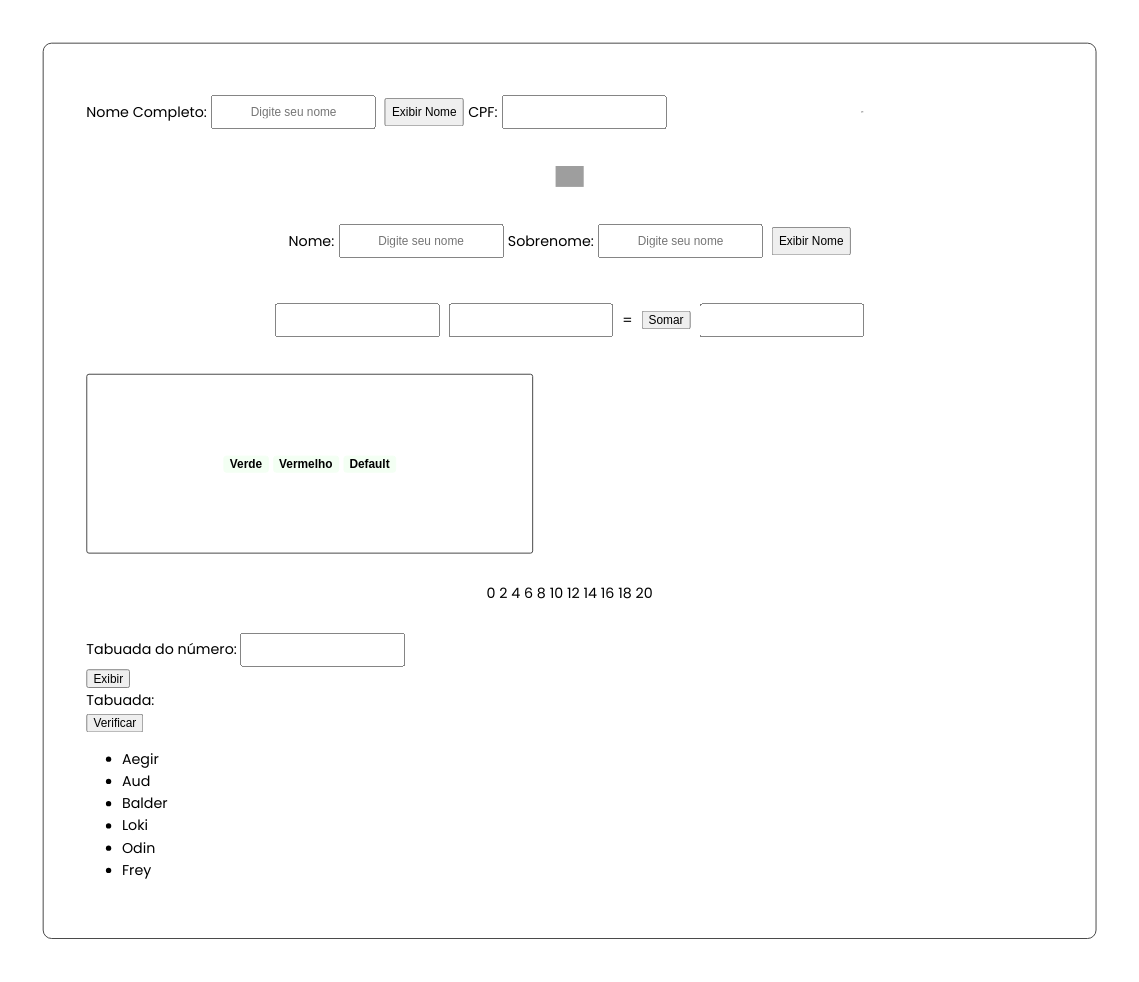
Repository: guilhermecardoso93/exerciciosjs
Page: index.html
These files come from the project's save history. The page is drawn as it stood at one moment and after the next save; the edit follows.
The browser window is 1280 px wide. The pictures show the whole page, at 89% of full size.
Pictures or frames that could not be fetched are drawn as grey boxes.

Above is the page before, as saved 2023-05-21 17:20:02.

### index.html
<!DOCTYPE html>
<html lang="pt-Br">
  <head>
    <meta charset="UTF-8" />
    <meta http-equiv="X-UA-Compatible" content="IE=edge" />
    <meta name="viewport" content="width=device-width, initial-scale=1.0" />
    <link rel="preconnect" href="https://fonts.googleapis.com" />
    <link rel="preconnect" href="https://fonts.gstatic.com" crossorigin />
    <link rel="stylesheet" href="styles.css" />
    <link
      href="https://fonts.googleapis.com/css2?family=Poppins:wght@400;500&display=swap"
      rel="stylesheet"
    />
    <title>40 - exercícios de JS</title>
  </head>
  <body>
    <div class="NameDiv">
      <p>Nome Completo:</p>
      <input type="text" name="name" id="name" placeholder="Digite seu nome" />
      <br />
      <input type="button" value="Exibir Nome" id="exibir-nome" />
      <p>CPF:</p>
      <input maxlength="14" id="cpf" />
      <hr />
    </div>
    <div>
      <img id="lamp" src="https://www.w3schools.com/js/pic_bulboff.gif" />
    </div>
    <div class="fullNameDiv">
      <p>Nome:</p>
      <input
        type="text"
        name="name-2"
        id="name-2"
        placeholder="Digite seu nome"
      />
      <p>Sobrenome:</p>
      <input
        type="text"
        name="fullname"
        id="fullname"
        placeholder="Digite seu nome"
      />
      <br />
      <input type="button" value="Exibir Nome" id="exibir-nome-convidado" />
    </div>
    <div>
      <input type="text" id="number-1" maxlength="5" /><br /><br />
      <input type="text" id="number-2" maxlength="5" /><br />
      <p>=</p>
      <br />

      <button id="buttonSoma">Somar</button><br /><br />

      <input type="text" id="result" maxlength="5" />
    </div>
    <div id="container">
      <button id="greenButton">Verde</button>
      <button id="redButton">Vermelho</button>
      <button id="defaultButton">Default</button>
    </div>

    <div id="resultado"></div>
    Tabuada do número: <input id="num" type="number" /> <br />
    <button onclick="tabuada()">Exibir</button><br />
    Tabuada: <br />
    <div id="resposta" style="display: inline"></div>
    <button onclick="verificarNumero()">Verificar</button>
    <ul id="nomes"></ul>
  </body>
  <script src="./script.js"></script>
</html>

### styles.css
body {
  font-family: "Poppins", sans-serif;
  margin: 3rem;
  border: 1px solid #333;
  border-radius: 10px;
  padding: 3rem;
}

main {
  margin: 0 auto;
  align-items: center;
  justify-content: center;
}

#lamp {
  cursor: pointer;
  cursor: hand;
  width: 2rem;
}

body input {
  height: 2rem;
  text-align: center;
}

div {
  display: flex;
  gap: 5px;
  align-items: center;
  justify-content: center;
  margin-bottom: 2rem;
}

#container {
  display: flex;
  gap: 5px;
  align-items: center;
  justify-content: center;

  width: 500px;
  height: 200px;
  border: 1px solid #333;
  border-radius: 3px;
}

#container button {
  border: 1px solid #f3fff3;
  border-radius: 3px;
  background-color: #f3fff3;
  font-weight: bold;
}


#tabuadaDiv {
  display: flex;
  flex-direction: column;
}

### script.js
function multi(numb1, number2) {
  console.log(numb1 * number2);
}

function desc(n){
  console.log((n* 0.05))
}

function age(year) {
  var data = new Date();
  var actualYear = data. getFullYear();

  const diference = actualYear - year

  if(diference <= 18 && diference >= 0) {
    return console.log('Você é menor de idade', diference)
  } else {
    return console.log('Você é maior de idade', diference)
  }
}

const divResultado = document.getElementById('resultado')

divResultado.innerHTML = 'Repetição'

divResultado.innerHTML = 'Repetição'.repeat(2);

var repeticao = '';

for (var i = 0; i < 20; i++) {
  repeticao += 'Repetição ';
}
divResultado.textContent = repeticao;

var contador = 0;
/*while (contador < 5) {
  repeticao += 'Repetição ';
  contador++;
}

divResultado.textContent = repeticao; */

do {
  repeticao += 'Repetição ';
  contador++;
} while (contador < 5);

divResultado.textContent = repeticao;

var numeros = '';

for (var i = 0; i <= 10; i++) {
  numeros += i + ' ';
}

divResultado.textContent = numeros;

var numerosPares = '';

for (var i = 0; i <= 20; i += 2) {
  numerosPares += i + ' ';
}

divResultado.textContent = numerosPares;


var tabuadaDiv = document.getElementById('tabuadaDiv');

function tabuada(){
  var num = parseInt(document.getElementById("num").value);
  var resposta = document.getElementById('resposta');
  var tabuada='';

  for(var count=1; count<=10 ; count++)
   tabuada += num+" x "+count+" = "+
               num*count+"<br />";

  resposta.innerHTML = tabuada;
}

function verificaCaracteresDota(texto) {
  var padrao = /dota/i; // 'dota' com a flag 'i' torna a busca case-insensitive
  return padrao.test(texto);
}

var texto1 = 'Dota é melhor que LOL';
console.log(verificaCaracteresDota(texto1)); // true

var texto2 = 'Lol é melhor que CS';
console.log(verificaCaracteresDota(texto2)); // false


var numeroAleatorio = Math.floor(Math.random() * 100) + 1;

function verificarNumero() {
  var numeroInserido = parseInt(prompt("Digite um número entre 1 e 100:"));

  if (numeroInserido === numeroAleatorio) {
    alert("Parabéns! Você acertou o número!");
  } else {
    alert("Infelizmente, você errou. O número correto era: " + numeroAleatorio);
  }
}

var dataAtual = new Date();
var dia = dataAtual.getDate();
var mes = dataAtual.getMonth() + 1; // Lembrando que o mês começa em 0
var ano = dataAtual.getFullYear();

var dataFormatada = dia + '/' + mes + '/' + ano;

console.log(dataFormatada);

var proximoMes = mes + 1;
if (proximoMes > 12) {
  proximoMes = 1;
  ano++;
}

console.log("Próximo mês: " + proximoMes + '/' + ano);

var deuses = ['Aegir', 'Aud', 'Balder']

console.log(deuses.length)

deuses.forEach(function(deus) {
  console.log(deus);
});

 /*
deuses.map(function(deus) {
  alert(deus);
});

// Usando a função de callback reduce()
deuses.reduce(function(_, deus) {
  alert(deus);
});

// Usando a função de callback filter()
deuses.filter(function(deus) {
  alert(deus);
}); */

deuses.push('Loki', 'Odin', 'Frey')
console.log(deuses)
console.log(deuses.length)

var numbers = [5, 7, 1, 8, 9]

console.log(numbers.sort())

var ul = document.getElementById('nomes');

deuses.forEach(deus => {
  var li = document.createElement('li');
  li.textContent = deus;
  ul.appendChild(li);
})

After the next save:
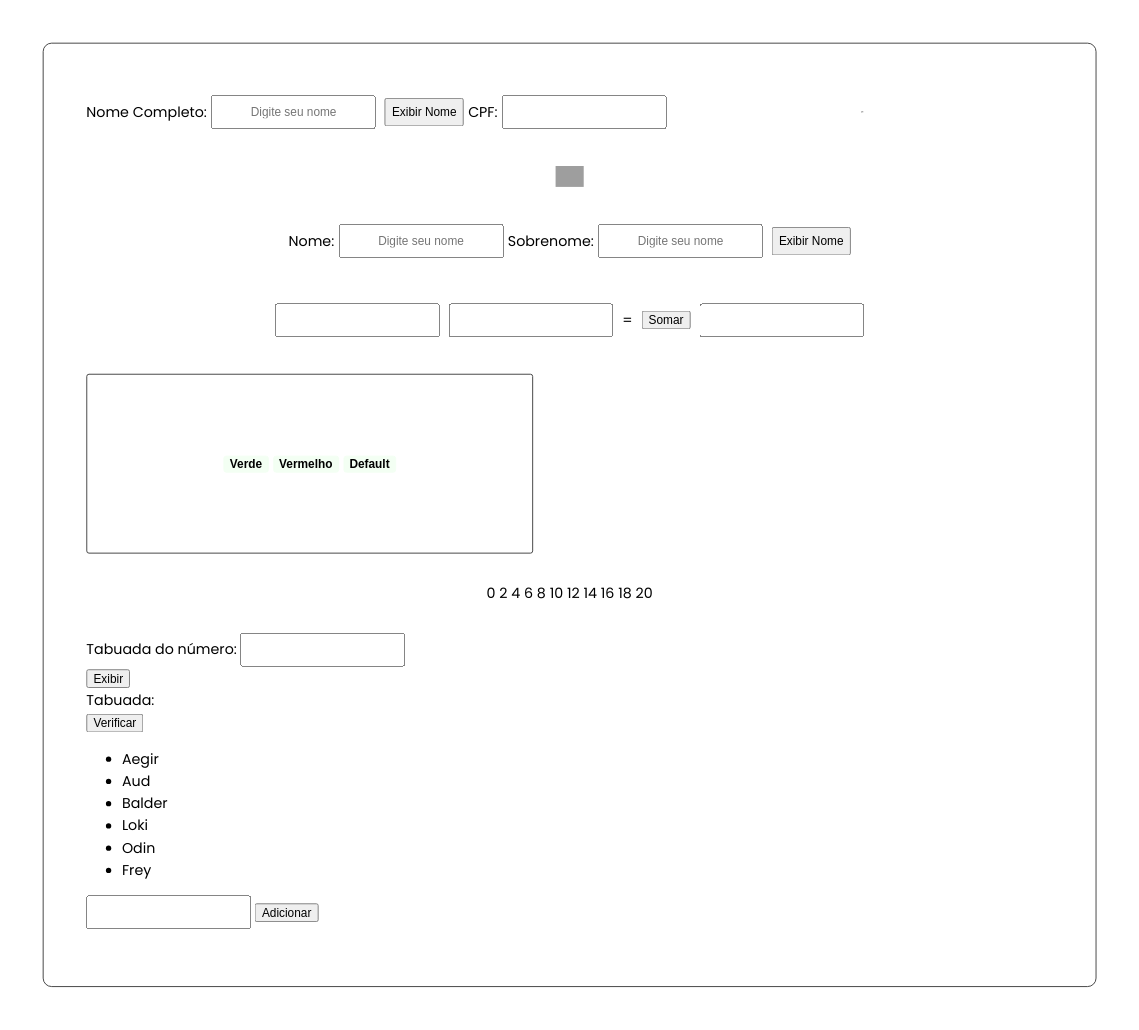
Saved 71 s later.
--- a/index.html
+++ b/index.html
@@ -10,7 +10,7 @@
     <link
       href="https://fonts.googleapis.com/css2?family=Poppins:wght@400;500&display=swap"
       rel="stylesheet"
-    />
+      />
     <title>40 - exercícios de JS</title>
   </head>
   <body>
@@ -33,14 +33,14 @@
         name="name-2"
         id="name-2"
         placeholder="Digite seu nome"
-      />
+        />
       <p>Sobrenome:</p>
       <input
         type="text"
         name="fullname"
         id="fullname"
         placeholder="Digite seu nome"
-      />
+        />
       <br />
       <input type="button" value="Exibir Nome" id="exibir-nome-convidado" />
     </div>
@@ -67,6 +67,10 @@
     <div id="resposta" style="display: inline"></div>
     <button onclick="verificarNumero()">Verificar</button>
     <ul id="nomes"></ul>
+    <input type="text" id="inputTexto">
+    <button onclick="adicionarTexto()">Adicionar</button>
+    <ul id="lista"></ul>
+
   </body>
   <script src="./script.js"></script>
 </html>
